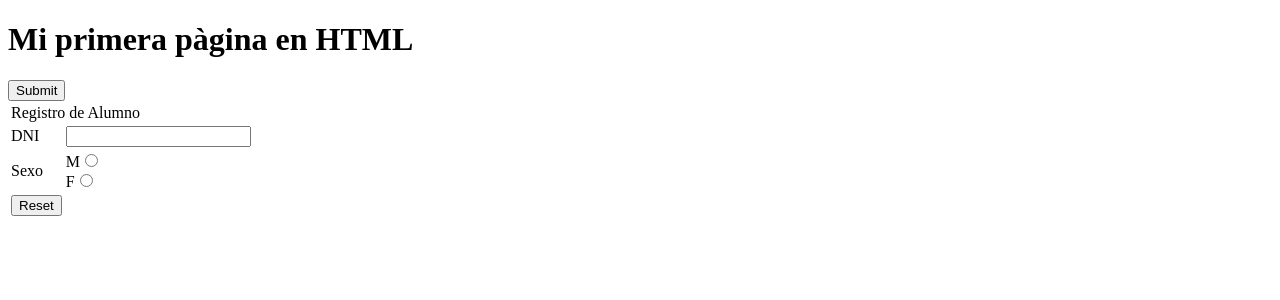
Repository: hoscanoa/Clases-LPII
Page: LPIISemana01/LPII-Semana01/WebContent/index.html
These files come from the project's save history. The page is drawn as it stood at one moment and after the next save; the edit follows.
The browser window is 1280 px wide. The pictures show the whole page.

Above is the page before, as saved 2014-09-18 21:51:22.

### LPIISemana01/LPII-Semana01/WebContent/index.html
<!DOCTYPE html PUBLIC "-//W3C//DTD HTML 4.01 Transitional//EN" "http://www.w3.org/TR/html4/loose.dtd">
<html>
<head>
<meta http-equiv="Content-Type" content="text/html; charset=ISO-8859-1">
<title>Index</title>
</head>
<body>
	<h1>Mi primera pàgina en HTML</h1>

	<table>
		<tr>
			<td colspan="2">Registro de Alumno</td>
		</tr>
		<tr>
			<td>DNI</td>
			<td><input type="text" name="dni"></td>
		</tr>
		<tr>
			<td>Sexo</td>
			<td>M<input type="radio" name="sexo"> </br> F<input
				type="radio" name="sexo"></td>
		</tr>
		<tr>
			<td><input type="reset" name="Limpiar"> </td> <input
				type="submit" name="Enviar"></td>
		</tr>
	</table>

</body>
</html>

After the next save:
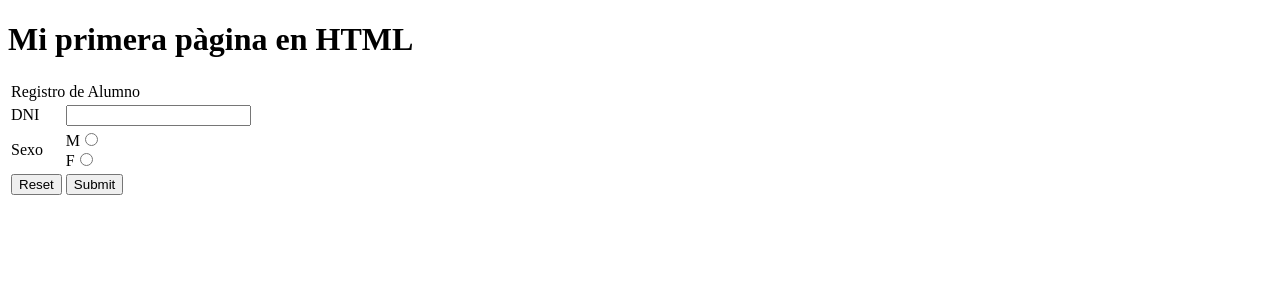
Saved 22 s later.
--- a/LPIISemana01/LPII-Semana01/WebContent/index.html
+++ b/LPIISemana01/LPII-Semana01/WebContent/index.html
@@ -13,16 +13,19 @@
 		</tr>
 		<tr>
 			<td>DNI</td>
-			<td><input type="text" name="dni"></td>
+			<td><input type="text" name="dni">
+			</td>
 		</tr>
 		<tr>
 			<td>Sexo</td>
 			<td>M<input type="radio" name="sexo"> </br> F<input
-				type="radio" name="sexo"></td>
+				type="radio" name="sexo">
+			</td>
 		</tr>
 		<tr>
-			<td><input type="reset" name="Limpiar"> </td> <input
-				type="submit" name="Enviar"></td>
+			<td><input type="reset" name="Limpiar"></td>
+			<td><input type="submit" name="Enviar">
+			</td>
 		</tr>
 	</table>
 
